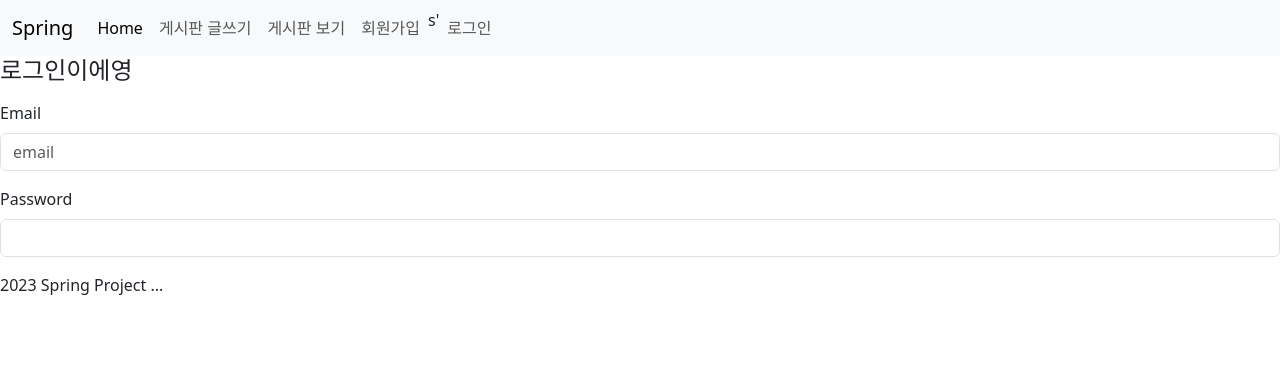
Repository: xoqls97/SpringProject
Page: http://localhost/spring_test2/WEB-INF/views/member/login.jsp
An editor plug-in stored every save of this project. The page is shown before and after a run of saves, followed by the edit.
The browser window is 1280 px wide. The pictures show the whole page.
The page is served by Tomcat 9. Nobody is signed in. Other server files are loaded and not shown. The template is opened directly, without the code that normally fills it, so the values that code supplies are empty.

Above is the page before, as saved 2024-01-15 01:09:03.

### spring_test2/src/main/webapp/WEB-INF/views/member/login.jsp
<%@ page language="java" contentType="text/html; charset=UTF-8"
    pageEncoding="UTF-8"%>
<%@ taglib uri="http://java.sun.com/jsp/jstl/core" prefix="c" %>
<!DOCTYPE html>
<html>
<jsp:include page="../layout/header.jsp"></jsp:include>
<title>로그인</title>
<h4 class="mb-3">로그인이에영</h4>

<form action="/member/register" method="post">
	<div class="mb-3">
  <label for="e" class="form-label">Email</label>
  <input type="email"  name="email" class="form-control" id="e" placeholder="email">
</div>
<div class="mb-3">
  <label for="p" class="form-label">Password</label>
  <input type="password"  name="pwd" class="form-control" id="p">
</div>













<jsp:include page="../layout/footer.jsp"></jsp:include>

### spring_test2/src/main/webapp/WEB-INF/views/layout/header.jsp
<%@ page language="java" contentType="text/html; charset=UTF-8"
    pageEncoding="UTF-8"%>
    <%@ taglib uri="http://java.sun.com/jsp/jstl/core" prefix="c" %>
<!DOCTYPE html>
<html>
<link href="https://cdn.jsdelivr.net/npm/bootstrap@5.3.1/dist/css/bootstrap.min.css" rel="stylesheet" integrity="sha384-4bw+/aepP/YC94hEpVNVgiZdgIC5+VKNBQNGCHeKRQN+PtmoHDEXuppvnDJzQIu9" crossorigin="anonymous">
<script src="https://cdn.jsdelivr.net/npm/bootstrap@5.3.1/dist/js/bootstrap.bundle.min.js" integrity="sha384-HwwvtgBNo3bZJJLYd8oVXjrBZt8cqVSpeBNS5n7C8IVInixGAoxmnlMuBnhbgrkm" crossorigin="anonymous"></script>
<head>
<meta charset="UTF-8">
<title>Insert title here</title>
</head>
<body>

<nav class="navbar navbar-expand-lg bg-body-tertiary">
  <div class="container-fluid">
    <a class="navbar-brand" href="#">Spring</a>
    <button class="navbar-toggler" type="button" data-bs-toggle="collapse" data-bs-target="#navbarSupportedContent" aria-controls="navbarSupportedContent" aria-expanded="false" aria-label="Toggle navigation">
      <span class="navbar-toggler-icon"></span>
    </button>
    <div class="collapse navbar-collapse" id="navbarSupportedContent">
      <ul class="navbar-nav me-auto mb-2 mb-lg-0">
        <li class="nav-item">
          <a class="nav-link active" aria-current="page" href="/">Home</a>
        </li>
        <li class="nav-item">
          <a class="nav-link" href="/board/register">게시판 글쓰기</a>
        </li>
        <li class="nav-item">
          <a class="nav-link" href="/board/list">게시판 보기</a>
        </li>
        <li class="nav-item">
          <a class="nav-link" href="/member/register">회원가입</a>
        </li>s'
        <c:if test="${ses.id eq null }">
        <li class="nav-item">
          <a class="nav-link" href="/member/login">로그인</a>
        </li>
        </c:if>
        <c:if test="${ses.id ne null}">
           <li class="nav-item">
          <a class="nav-link" href="/member/logout">로그아웃</a>
        </li>
        </c:if>
        <c:if test="${ses.id ne null }">
          <li class="nav-item">
          <a class="nav-link" href="#">${ses.id}(${ses.email}) welcomeㅋ</a>
        </c:if>
        <c:if test="${ses.id ne null }">
        <li class="nav-item">
        <a class="nav-link" href="/member/modify">나의정보</a>
        </c:if>
      </ul>
    </div>
  </div>
</nav>

### spring_test2/src/main/webapp/WEB-INF/views/layout/footer.jsp
<%@ page language="java" contentType="text/html; charset=UTF-8"
    pageEncoding="UTF-8"%>

<div>
    2023 Spring Project ...
</div>

</body>
</html>

After the next 2 saves:
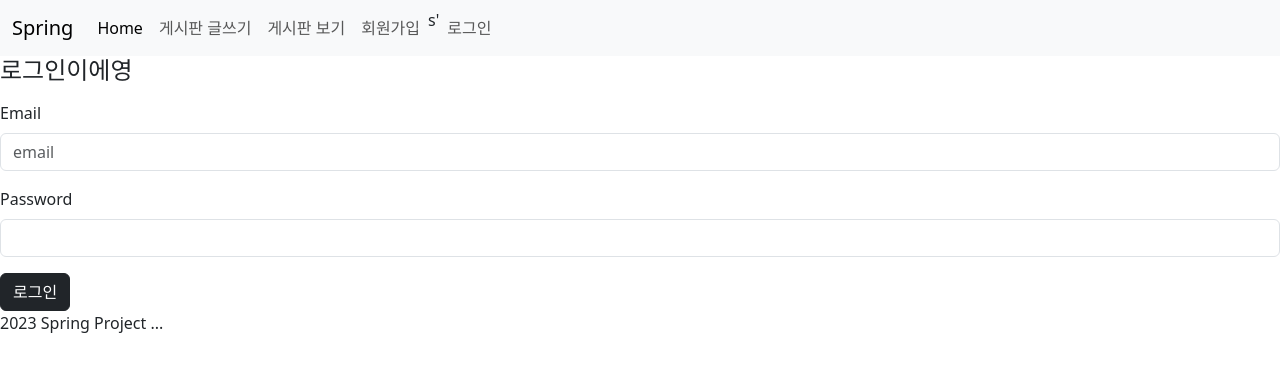
The 2 saves are shown as one change because they came seconds apart.
The last was saved 14 s later.
--- a/spring_test2/src/main/webapp/WEB-INF/views/member/login.jsp
+++ b/spring_test2/src/main/webapp/WEB-INF/views/member/login.jsp
@@ -16,6 +16,7 @@
   <label for="p" class="form-label">Password</label>
   <input type="password"  name="pwd" class="form-control" id="p">
 </div>
+<button type="submit" class="btn btn-dark">로그인</button>
 
 
 
